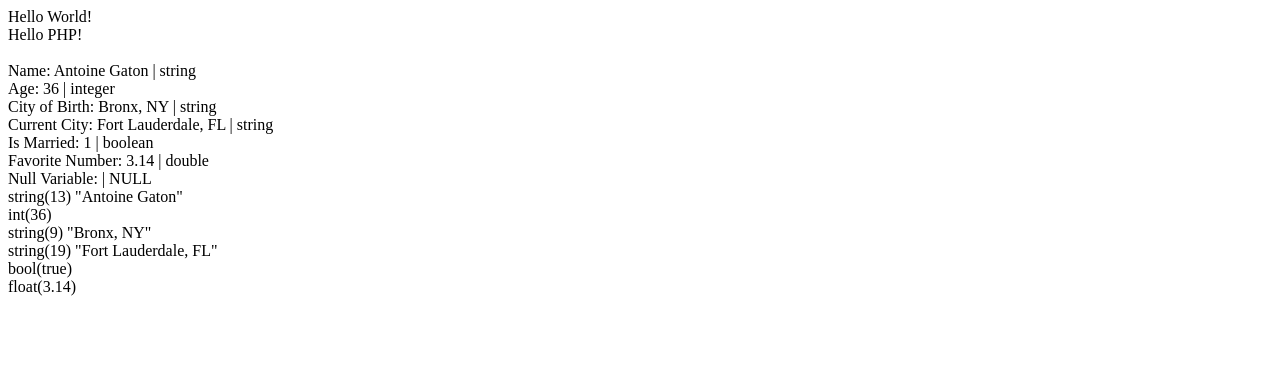
Repository: AntoineGaton/PHP
Page: http://localhost/hello_world/index.php
An editor plug-in stored every save of this project. The page is shown before and after the next save, followed by the edit.
The browser window is 1280 px wide. The pictures show the whole page.
The page is run by PHP 8.4 with error messages shown; the project is at /var/www/html/.

Above is the page before, as saved 2025-03-25 18:16:58.

After the next save:
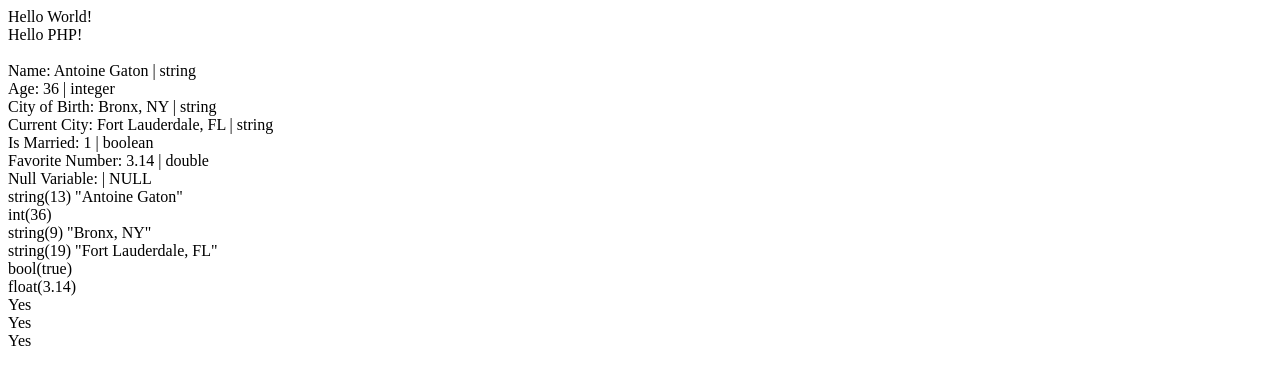
Saved 45 s later.
--- a/hello_world/index.php
+++ b/hello_world/index.php
@@ -65,6 +65,14 @@
     echo "<br>";
     var_dump($favorite_number);
     echo "<br>";
+
+    // Checking Variables
+    echo "Is $name a string? " . is_string($name) ? "Yes" : "No";
+    echo "<br>";
+    echo "Is $age an integer? " . is_int($age) ? "Yes" : "No";
+    echo "<br>";
+    echo "Is $city_of_birth a string? " . is_string($city_of_birth) ? "Yes" : "No";
+
     ?>
 </body>
 
